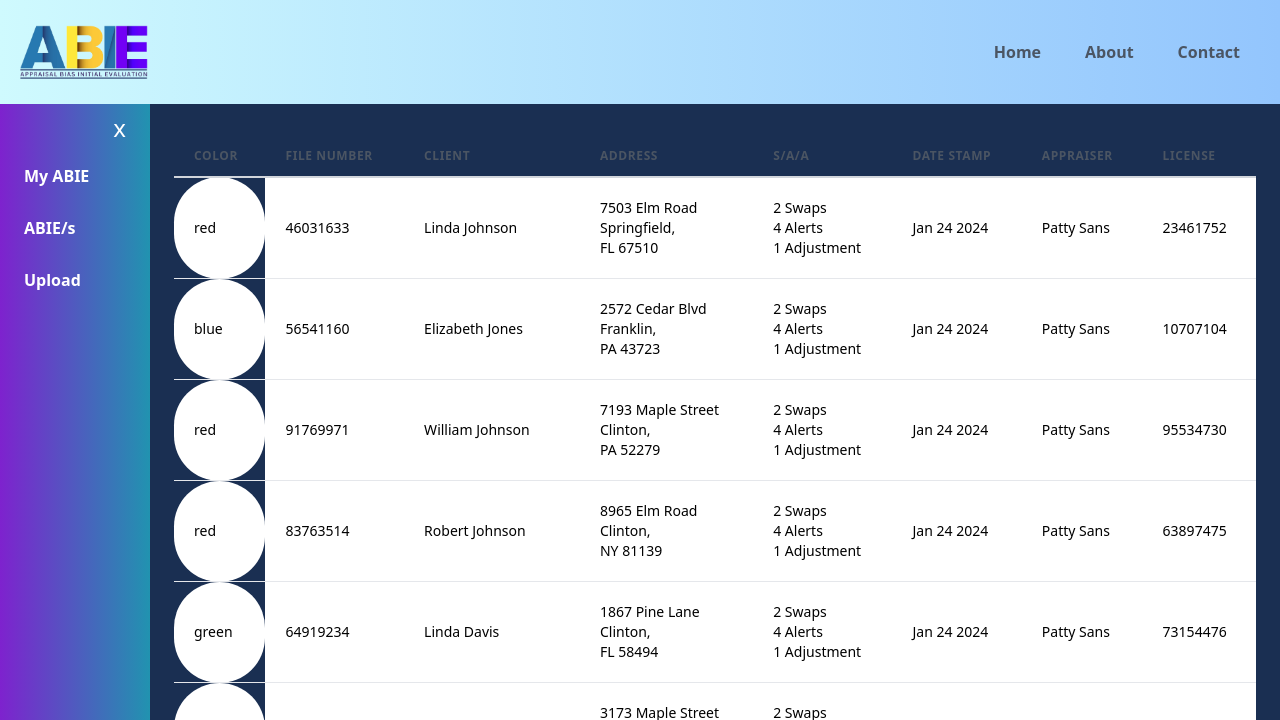
Repository: WafulaLukorito/Abie-frontend
Page: /dashboard
An editor plug-in stored every save of this project. The page is shown before and after the next save, followed by the edit.
The browser window is 1280 px wide. The pictures show the whole page.
An inner scrolling area shows only its first screen. The project was rebuilt for these pictures with package versions that can differ from the ones it lists, and the page was loaded fresh each time. Also part of the build but not shown: vite.config.js, src/components/Header/Button.jsx, src/components/Header/Links.jsx, src/components/Header/index.jsx, src/pages/Home.jsx, src/pages/About.jsx.

Above is the page before, as saved 2024-01-26 18:42:20.

After the next save:
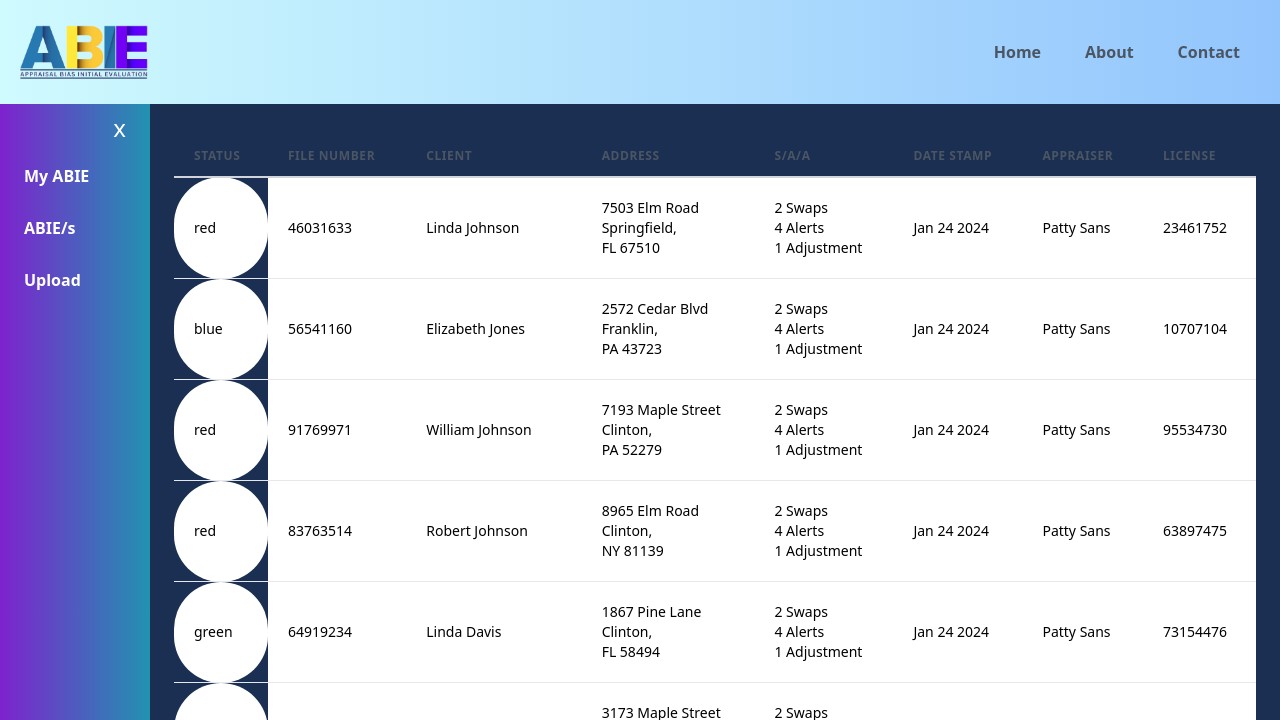
Saved 51 s later.
--- a/src/pages/Dashboard.jsx
+++ b/src/pages/Dashboard.jsx
@@ -22,7 +22,7 @@
                  <table className="min-w-full leading-normal">
                             <thead>
                                 <tr>
-                                    <th className="px-5 py-3 border-b-2 border-gray-300 text-left text-xs font-semibold text-gray-600 uppercase tracking-wider">Color</th>
+                                    <th className="px-5 py-3 border-b-2 border-gray-300 text-left text-xs font-semibold text-gray-600 uppercase tracking-wider">Status</th>
                                     <th className="px-5 py-3 border-b-2 border-gray-300 text-left text-xs font-semibold text-gray-600 uppercase tracking-wider">File Number</th>
                                     <th className="px-5 py-3 border-b-2 border-gray-300 text-left text-xs font-semibold text-gray-600 uppercase tracking-wider">Client</th>
                                     <th className="px-5 py-3 border-b-2 border-gray-300 text-left text-xs font-semibold text-gray-600 uppercase tracking-wider">Address</th>
